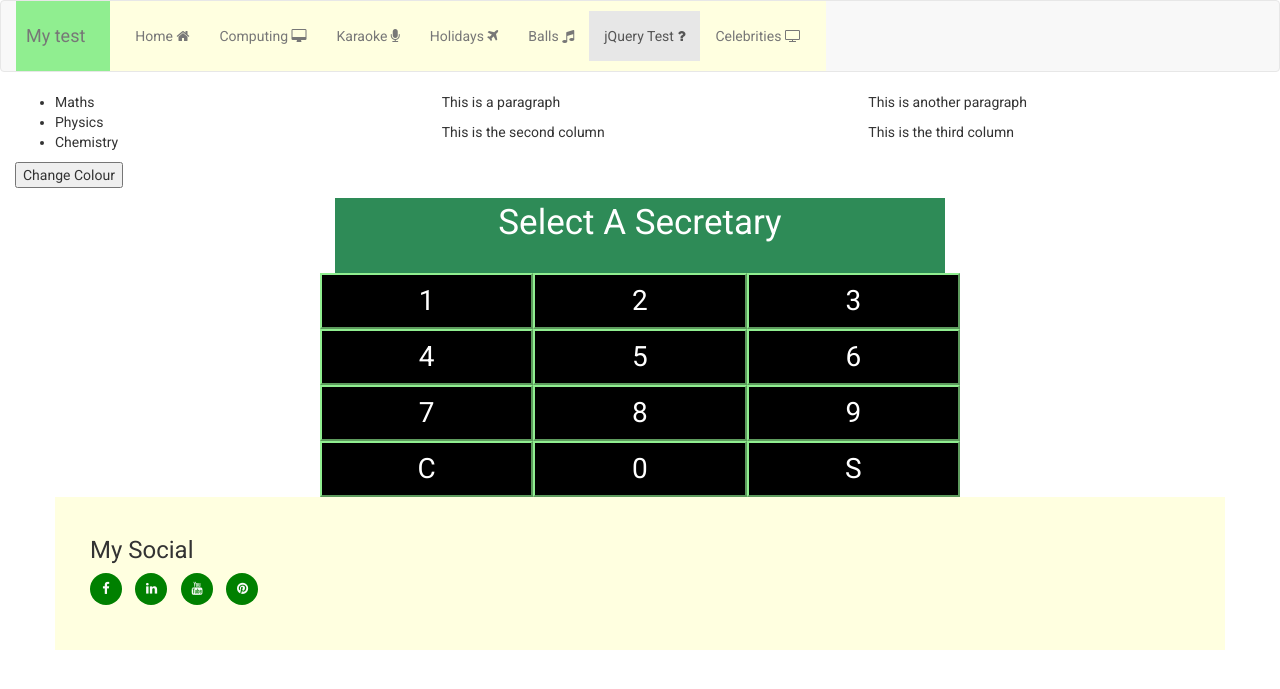
Repository: derektypist/bootstrap
Page: jquerydemo.html
The author's editor kept a record of every edit. The page is drawn from the files as they stood at one moment, then again after the next edit.
The browser window is 1280 px wide. The pictures show the whole page.
Some web libraries are served in a nearby version.

Above is the page before.

After the next edit:
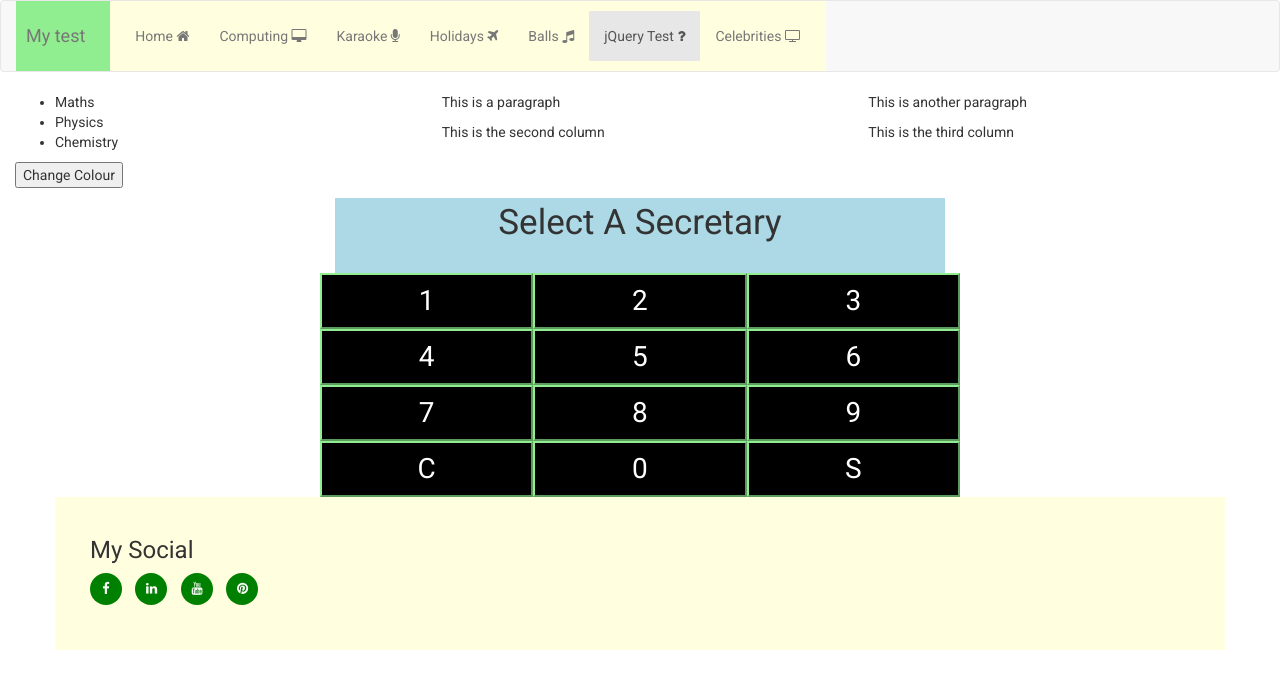
The edit:
--- a/style.css
+++ b/style.css
@@ -132,8 +132,7 @@
 #display {
     height: 75px;
     font-size: 2.5em;
-    background-color: seagreen;
-    color: white;
+    background-color: lightblue;
     text-align: center;
 }
 
